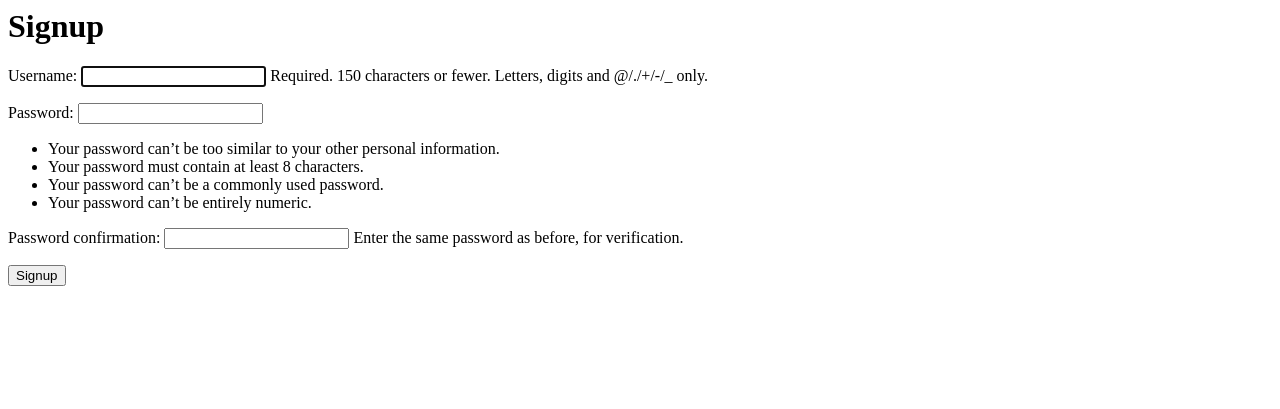
Repository: fercho9922/django-auth-crud
Page: http://localhost/signup/
An editor plug-in stored every save of this project. The page is shown before and after the next save, followed by the edit.
The browser window is 1280 px wide. The pictures show the whole page.
The page is served by the project's application, run on Django 5.2 (manage.py).

Above is the page before, as saved 2024-04-10 10:14:47.

After the next save:
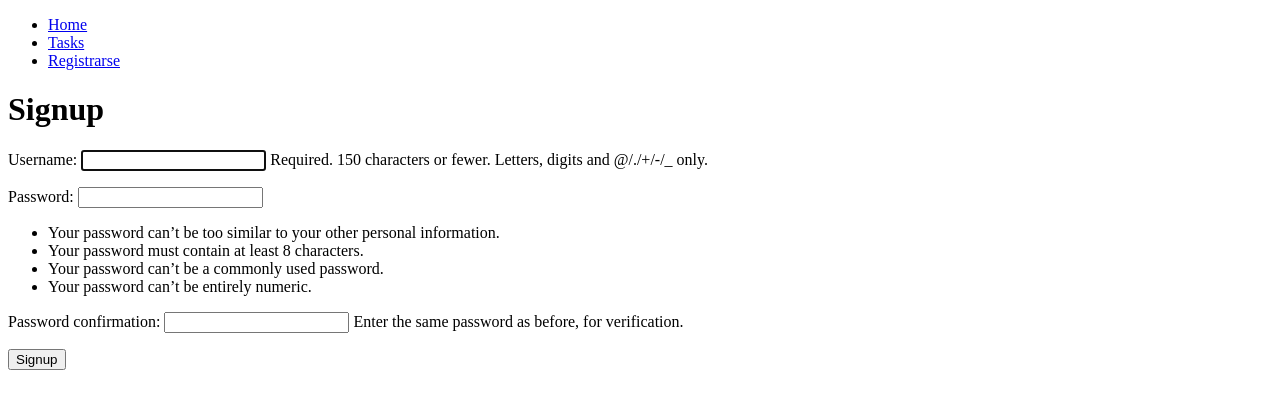
Saved 2 min 11 s later.
--- a/tasks/templates/signup.html
+++ b/tasks/templates/signup.html
@@ -1,3 +1,7 @@
+{% extends 'base.html' %}
+
+
+{% block content %}
 <h1>Signup</h1>
 
 
@@ -9,3 +13,5 @@
         Signup
     </button>
 </form>
+
+{% endblock %}
